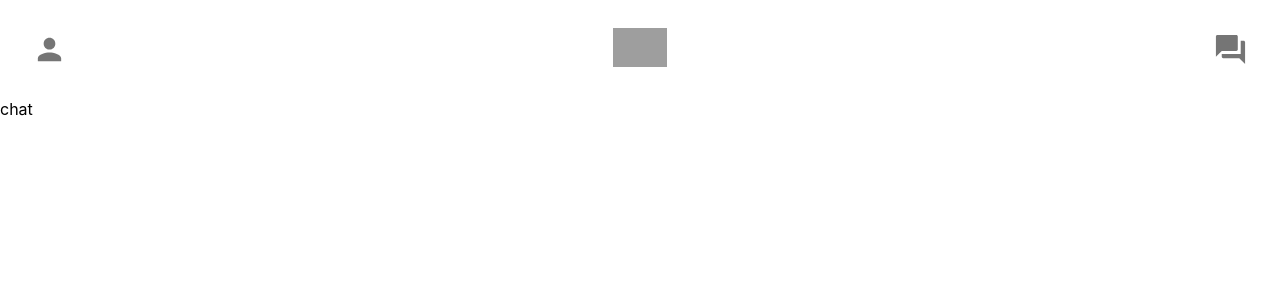
Repository: mminhaz93/React-Tinder-Clone
Page: /chat
The author's editor kept a copy of each file at every save. The page is drawn from the files as they stood at one save, then again after the next save.
The browser window is 1280 px wide. The pictures show the whole page.
Pictures or frames that could not be fetched are drawn as grey boxes. The page's requests for data from a server got no answer. The project was rebuilt for these pictures with package versions that can differ from the ones it lists, and the page was loaded fresh each time. No one was signed in, and anything a server would have sent is missing. Also part of the build but not shown: src/App.css, src/components/tinderCards/TinderCards.css, src/utils/firebase.js, src/components/tinderCards/TinderCards.js, src/components/swipeButtons/SwipeButtons.css, src/components/swipeButtons/SwipeButtons.js.

Above is the page before, as saved 2020-08-23 19:39:55.

### public/index.html
<!DOCTYPE html>
<html lang="en">
  <head>
    <meta charset="utf-8" />
    <meta name="viewport" content="width=device-width, initial-scale=1" />
    <meta name="theme-color" content="#000000" />
    <meta
      name="description"
      content="Web site created using create-react-app"
    />
    <title>React Tinder App</title>
  </head>
  <body>
    <noscript>You need to enable JavaScript to run this app.</noscript>
    <div id="root"></div>
  </body>
</html>

### src/App.js
import React from "react";
import "./App.css";
import { BrowserRouter as Router, Switch, Route } from "react-router-dom";
import Header from "./components/header/Header";
import TinderCards from "./components/tinderCards/TinderCards";
import SwipeButtons from "./components/swipeButtons/SwipeButtons";

function App() {
  return (
    <div className="App">
      <Router>
        <Header backButton="/"/>
        <Switch>
          <Route exact path="/">
            <TinderCards />
            <SwipeButtons />
          </Route>
        </Switch>
        <Switch>
          <Route path="/chat">chat</Route>
        </Switch>
      </Router>
    </div>
  );
}

export default App;

### src/components/header/Header.js
import React from "react";
import "./Header.css";
import { Person, Forum } from "@material-ui/icons";
import { IconButton } from "@material-ui/core";
import { Link } from "react-router-dom";

const Header = () => {
  return (
    <div className="header">
      <IconButton>
        <Person className="headerIcon" fontSize="large" />
      </IconButton>
      <Link to="/">
        <img
          className="headerLogo"
          src="https://1000logos.net/wp-content/uploads/2018/07/tinder-logo.png"
          alt="logo"
        />
      </Link>
      <Link to="/chat">
        <IconButton>
          <Forum className="headerIcon" fontSize="large" />
        </IconButton>
      </Link>
    </div>
  );
};

export default Header;

### src/components/header/Header.css
.header {
  display: flex;
  align-items: center;
  justify-content: space-between;
}

.headerLogo {
  height: 40px;
  object-fit: contain;
}

.headerIcon{
    padding: 20px;
}

Loaded but not shown: src/index.js (common file); src/index.css (common file)

After the next save:
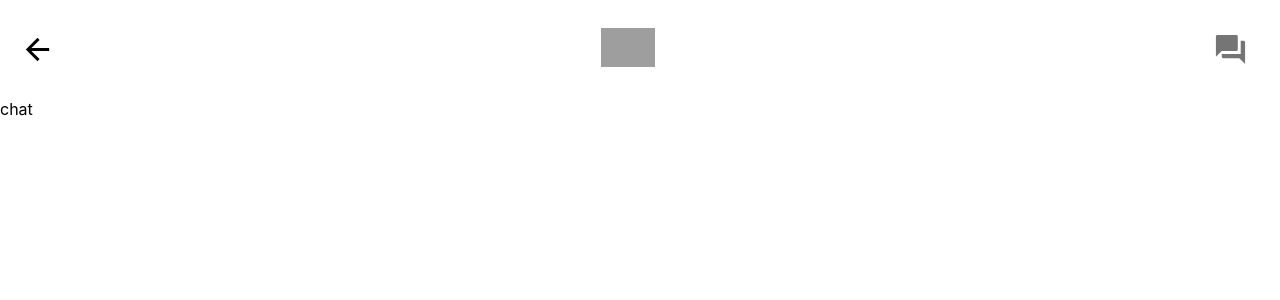
Saved 115 s later.
--- a/src/components/header/Header.js
+++ b/src/components/header/Header.js
@@ -1,15 +1,19 @@
 import React from "react";
 import "./Header.css";
-import { Person, Forum } from "@material-ui/icons";
+import { Person, Forum, ArrowBack } from "@material-ui/icons";
 import { IconButton } from "@material-ui/core";
 import { Link } from "react-router-dom";
 
-const Header = () => {
+const Header = ({ backButton }) => {
   return (
     <div className="header">
-      <IconButton>
-        <Person className="headerIcon" fontSize="large" />
-      </IconButton>
+      {backButton ? (
+        <ArrowBack fontSize="large" className="headerIcon" />
+      ) : (
+        <IconButton>
+          <Person className="headerIcon" fontSize="large" />
+        </IconButton>
+      )}
       <Link to="/">
         <img
           className="headerLogo"
